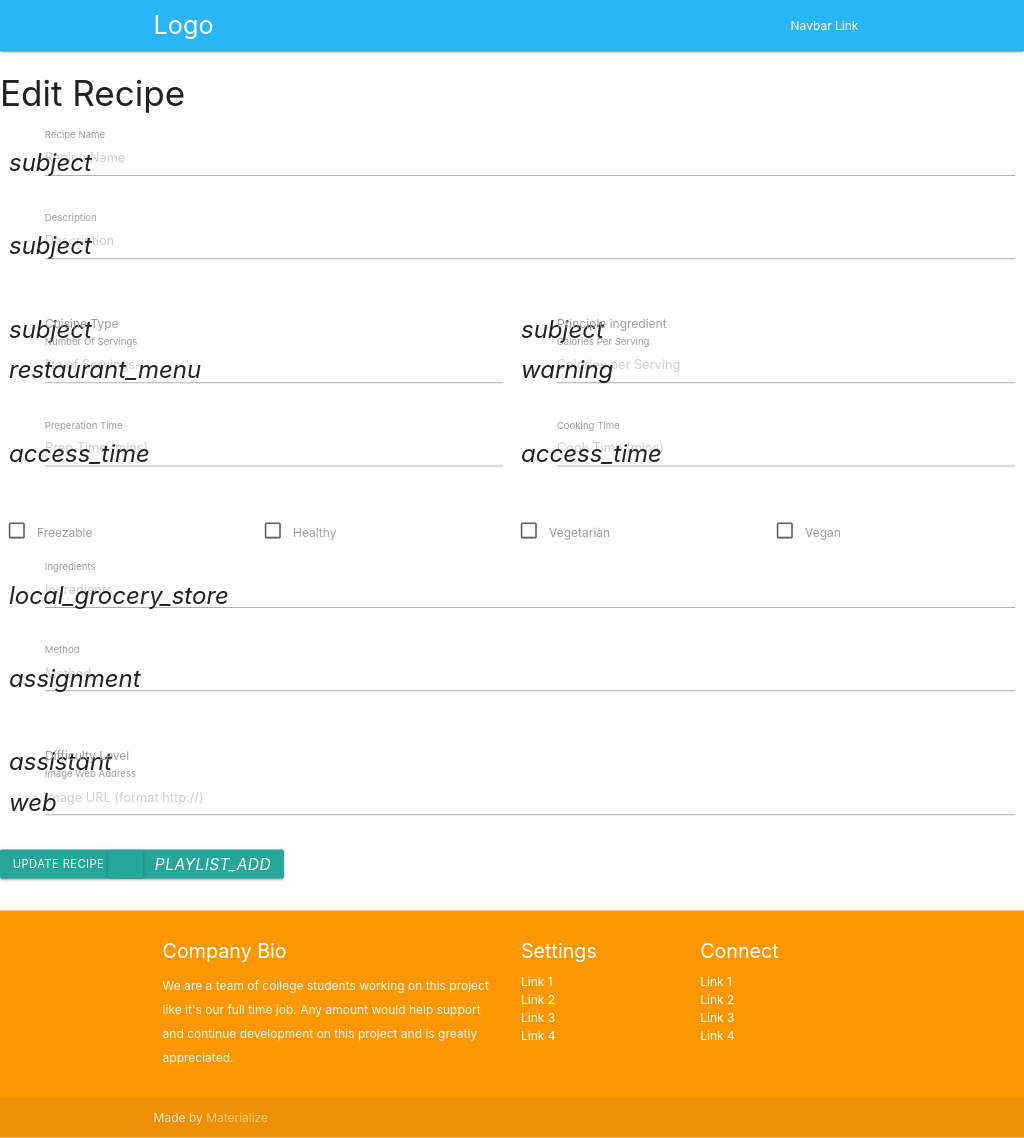
Repository: keefm6776/cookery-website
Page: templates/edit_recipe.html
The author's editor kept a record of every edit. The page is drawn from the files as they stood at one moment, then again after the next edit.
The browser window is 1280 px wide. The pictures show the whole page, at 80% of full size.
The page is served by the project's application, run on Flask 3 (app.py). The template is opened directly, without the code that normally fills it, so the values that code supplies are empty.

Above is the page before.
Console error: ReferenceError: jQuery is not defined

### templates/edit_recipe.html
{% extends 'base.html' %} {% block content %}

<h3>Edit Recipe</h3>

<div class="row">
    <form action="{{ url_for('update_recipe', recipe_id=recipe._id) }}" method="POST" class="col s12">
        <div class="row">
            <div class="input-field col s12">
                <i class="material-icons prefix">subject</i>
                <label>Recipe Name</label>
                <input placeholder="Recipe Name" id="recipe_name" name="recipe_name" type="text" class="validate" value="{{recipe.recipe_name}}">
            </div>
            <!-- input-field -->
        </div>
        <!-- Row -->
        <div class="row">
            <div class="input-field col s12">
                <i class="material-icons prefix">subject</i>
                <label>Description</label>
                <input placeholder="Description" id="blurb" name="blurb" type="text" class="validate" value="{{recipe.blurb}}">
            </div>
            <!-- input-field -->
        </div>
        <!-- Row -->

        <div class="row">
            <div class="input-field col s12 l6">
                <i class="material-icons prefix">subject</i>
                <select id="cuisine" name="cuisine" type="text">
            <option value="" disabled selected>Choose Cuisine</option>
            {% for cuisine in cuisines %}
                {% if cuisine.name == recipe.cuisine_type %}
                    <option value="{{cuisine.name}}" selected >{{cuisine.name}}</option>
                {% else %}
                    <option value="{{cuisine.name}}">{{cuisine.name}}</option>
                {% endif %}
            {% endfor %}

        </select>
                <label>Cuisine Type</label>
            </div>
            <!-- input-field -->

            <div class="input-field col s12 l6">
                <i class="material-icons prefix">subject</i>
                <select id="principle" name="principle_ingredient" type="text`">
            <option value="" disabled selected>Choose Principle Ingredient</option>
            {% for principle in principles %}
                {% if principle.name == recipe.principle_ingredient %}
                    <option value="{{principle.name}}" selected >{{principle.name}}</option>
                {% else %}
                    <option value="{{principle.name}}">{{principle.name}}</option>
                {% endif %}
            {% endfor %}

        </select>
                <label>Principle ingredient</label>
            </div>
            <!-- input-field -->
        </div>
        <!-- Row -->

        <div class="row">
            <div class="input-field col l6 s12">
                <i class="material-icons prefix">restaurant_menu</i>
                <label>Number Of Servings</label>
                <input placeholder="No of Servings" id="servings" name="servings" type="number" class="validate" value="{{recipe.servings}}">
            </div>
            <!-- input-field -->
            <div class="input-field col l6 s12">
                <i class="material-icons prefix">warning</i>
                <label>Calories Per Serving</label>
                <input placeholder="Calories per Serving" id="calories_per_serve" name="calories_per_serve" type="number" class="validate" value="{{recipe.calories_per_serve}}">
            </div>
            <!-- inpuit-field -->
        </div>
        <!-- Row -->

        <div class="row">
            <div class="input-field col l6 s12">
                <i class="material-icons prefix">access_time</i>
                <label>Preperation Time</label>
                <input placeholder="Prep Time (mins)" id="prep_time" name="prep_time" type="number" class="validate" value={{recipe.prep_time}}>
            </div>
            <!-- input-field -->
            <div class="input-field col l6 s12">
                <i class="material-icons prefix">access_time</i>
                <label>Cooking Time</label>
                <input placeholder="Cook Time (mins)" id="cook_time" name="cook_time" type="number" class="validate" value="{{recipe.cook_time}}">
            </div>
            <!-- input-field -->
        </div>
        <!-- Row -->

        <div class="row">
            <div class="input-field col s6 l3">
                <label>
                {% if recipe.isfreezable  == "on" %}
                    <input type="checkbox" id="isfreezable" name="isfreezable" class="filled-in" checked/>
                {% else %}
                    <input type="checkbox" id="isfreezable" name="isfreezable" class="filled-in"/>
                {% endif %}
                <span>Freezable</span>
        </label>
            </div>
            <!-- input-field -->

            <div class="input-field col s6 l3">
                <label>
          {% if recipe.ishealthy  == "on" %}
                    <input type="checkbox" id="ishealthy" name="ishealthy" class="filled-in" checked/>
                {% else %}
                    <input type="checkbox" id="ishealthy" name="ishealthy" class="filled-in"/>
                {% endif %}
          <span>Healthy</span>
        </label>
            </div>
            <!-- input-field -->

            <div class="input-field col s6 l3">
                <label>
          {% if recipe.isvegetarian  == "on" %}
                    <input type="checkbox" id="isvegetarian" name="isvegetarian" class="filled-in" checked/>
                {% else %}
                    <input type="checkbox" id="isvegetarian" name="isvegetarian" class="filled-in"/>
                {% endif %}
          <span>Vegetarian</span>
        </label>
            </div>
            <!-- input-field -->

            <div class="input-field col s6 l3">
                <label>
           {% if recipe.isvegan  == "on" %}
                    <input type="checkbox" id="isvegan" name="isvegan" class="filled-in" checked/>
                {% else %}
                    <input type="checkbox" id="isvegan" name="isvegan" class="filled-in"/>
                {% endif %}
          <span>Vegan</span>
        </label>
            </div>
            <!-- input-field -->
        </div>
        <!-- Row -->

        <br>

        <div class="row">
            <div class="input-field col s12">
                <i class="material-icons prefix">local_grocery_store</i>
                <label>Ingredients</label>
                <input placeholder="Ingredients" id="ingredients" name="ingredients" type="text" value="{{recipe.ingredients}}" />
            </div>
            <!-- input-field -->
        </div>
        <!-- Row -->

        <div class="row">
            <div class="input-field col s12">
                <i class="material-icons prefix">assignment</i>
                <label>Method</label>
                <input placeholder="Method" id="method" name="method" type="text" value="{{recipe.method}}" />
            </div>
            <!-- input-field -->
        </div>
        <!-- Row -->

        <div class="row">
            <div class="input-field col s12">
                <i class="material-icons prefix">assistant</i>
                <select id="difficulty" name="difficulty" type="text">
            <option value="" disabled selected>Choose Difficulty</option>
            {% for difficulty in difficulties %}
               {% if difficulty.level == recipe.difficulty %}
                    <option value="{{difficulty.level}}" selected >{{difficulty.level}}</option>
                {% else %}
                    <option value="{{difficulty.level}}">{{difficulty.level}}</option>
                {% endif %}
            {% endfor %}

        </select>
                <label>Difficulty Level</label>
            </div>
            <!-- input-field -->
        </div>
        <!-- Row -->


        <div class="row">
            <div class="input-field col s12">
                <i class="material-icons prefix">web</i>
                <label>Image Web Address</label>
                <input placeholder="Image URL (format http://)" id="image_url" name="image_url" type="url" class="validate" value="">
            </div>
            <!-- input-field -->
        </div>
        <!-- Row -->

        <div class="row">

            <button class="btn waves-effect waves-light" type="submit" name="btn_update_recipe">Update Recipe <i class="material-icons right">playlist_add</i>

            <input class="btn waves-effect waves-light" type="button" name="btn_cancel_recipe_edit" onclick="window.open('{{url_for('get_recipes')}}'" />


      </button>
        </div>
        <!--Row-->


    </form>
</div>
<!-- Row -->

{% endblock %}

### templates/base.html
<!DOCTYPE html>
<html lang="en">

<head>
  <meta http-equiv="Content-Type" content="text/html; charset=UTF-8" />
  <meta name="viewport" content="width=device-width, initial-scale=1" />
  <title>Cookbook Website</title>

  <!--Load links to CSS files for materialize and my own-->
  <link rel="stylesheet" href="{{url_for('static', filename='css/style.css')}}" type="text/css">
  <link rel="stylesheet" href="{{url_for('static', filename='css/materialize.min.css')}}" type="text/css">
</head>

<body>

<nav class="light-blue lighten-1" role="navigation">
    <div class="nav-wrapper container"><a id="logo-container" href="#" class="brand-logo">Logo</a>
      <ul class="right hide-on-med-and-down">
        <li><a href="#">Navbar Link</a></li>
      </ul>

      <ul id="nav-mobile" class="sidenav">
        <li><a href="#">Navbar Link</a></li>
      </ul>
      <a href="#" data-target="nav-mobile" class="sidenav-trigger"><i class="material-icons">menu</i></a>
    </div>
  </nav>

  {% block content %}

  {% endblock %}

  <footer class="page-footer orange">
    <div class="container">
      <div class="row">
        <div class="col l6 s12">
          <h5 class="white-text">Company Bio</h5>
          <p class="grey-text text-lighten-4">We are a team of college students working on this project like it's our full time job. Any amount would help support and continue development on this project and is greatly appreciated.</p>


        </div>
        <div class="col l3 s12">
          <h5 class="white-text">Settings</h5>
          <ul>
            <li><a class="white-text" href="#!">Link 1</a></li>
            <li><a class="white-text" href="#!">Link 2</a></li>
            <li><a class="white-text" href="#!">Link 3</a></li>
            <li><a class="white-text" href="#!">Link 4</a></li>
          </ul>
        </div>
        <div class="col l3 s12">
          <h5 class="white-text">Connect</h5>
          <ul>
            <li><a class="white-text" href="#!">Link 1</a></li>
            <li><a class="white-text" href="#!">Link 2</a></li>
            <li><a class="white-text" href="#!">Link 3</a></li>
            <li><a class="white-text" href="#!">Link 4</a></li>
          </ul>
        </div>
      </div>
    </div>
    <div class="footer-copyright">
      <div class="container">
      Made by <a class="orange-text text-lighten-3" href="http://materializecss.com">Materialize</a>
      </div>
    </div>
  </footer>



  <!--JavaScript at end of body for optimized loading-->
  <script type="text/javascript" src="{{url_for('static', filename='js/init.js')}}"></script>
  <script type="text/javascript" src="{{url_for('static', filename='js/materialize.min.js')}}"></script>
  <script type="text/javascript" src="{{url_for('static', filename='js/jquery.js')}}"></script>
</body>



<footer>

</footer>

</html>

### app.py
import os
from flask import Flask, render_template, redirect, request, url_for
from flask_pymongo import PyMongo
from bson.objectid import ObjectId

app = Flask(__name__)
app.config["MONGO_DBNAME"] = 'cookbook'
app.config["MONGO_URI"] = 'mongodb+srv://root:31Wirpbj6677@cookery-website-xysxa.mongodb.net/cookbook?retryWrites=true&w=majority'

mongo = PyMongo(app)

@app.route('/')
@app.route('/get_recipes')
def get_recipes():
    return render_template("list_recipes.html", recipes=mongo.db.recipes.find())

@app.route('/add_recipe')
def add_recipe():
    return render_template("add_recipe.html", difficulty=mongo.db.difficulty.find(), cuisines=mongo.db.cuisine_type.find(), principle_ingredients=mongo.db.principle_ingredient.find())

@app.route('/insert_recipe', methods=['POST'])
def insert_recipe():
    recipes = mongo.db.recipes
    recipes.insert_one(request.form.to_dict())
    return redirect(url_for('get_recipes'))

@app.route('/view_recipe/<recipe_id>')
def view_recipe(recipe_id):
    the_recipe =  mongo.db.recipes.find_one({"_id": ObjectId(recipe_id)})
    all_cuisines =  mongo.db.cuisine_type.find()
    return render_template('view_recipe.html', recipe=the_recipe, cuisines=all_cuisines)

@app.route('/edit_recipe/<recipe_id>')
def edit_recipe(recipe_id):
    the_recipe =  mongo.db.recipes.find_one({"_id": ObjectId(recipe_id)})
    all_cuisines =  mongo.db.cuisine_type.find()
    all_principles =  mongo.db.principle_ingredients.find()
    all_difficulties = mongo.db.difficulty_levels.find()
    return render_template('edit_recipe.html', recipe=the_recipe, cuisines=all_cuisines, principles=all_principles, difficulties=all_difficulties)

@app.route('/update_recipe/<recipe_id>', methods=['POST'])
def update_recipe(recipe_id):
    recipes =  mongo.db.recipes
    recipes.update({'_id': ObjectId(recipe_id)},
    {'recipe_name': request.form.get('recipe_name'),
    'cuisine_type': request.form.get('cuisine_type'),
    'servings': request.form.get('servings'),
    'prep_time': request.form.get('prep_time'),
    'cook_time': request.form.get('cook_time'),
    'calories_per_serve': request.form.get('calories_per_serve'),
    'difficulty': request.form.get('difficulty'),
    'blurb': request.form.get('blurb'),
    'isfreezable': request.form.get('isfreezable'),
    'ishealthy': request.form.get('ishealthy'),
    'isvegan': request.form.get('isvegan'),
    'isvegetarian': request.form.get('isvegetarian'),
    'ingredients': request.form.get('ingredients'),
    'method': request.form.get('method'),
    'principle_ingredient': request.form.get('principle_ingredient')
    })
    return redirect(url_for('get_recipes'))

@app.route('/delete_recipe/<recipe_id>')
def delete_recipe(recipe_id):
    mongo.db.recipes.remove({'_id': ObjectId(recipe_id)})
    return redirect(url_for('get_recipes'))

if __name__ == '__main__':
    app.run(host=os.environ.get('IP'),
            port=int(os.environ.get('PORT')),
            debug=True)

### static/css/style.css
/* Custom Stylesheet */
/**
 * Use this file to override Materialize files so you can update
 * the core Materialize files in the future
 *
 * Made By MaterializeCSS.com
 */

nav ul a,
nav .brand-logo {
  color: #444;
}

p {
  line-height: 2rem;
}

.sidenav-trigger {
  color: #26a69a;
}

.parallax-container {
  min-height: 380px;
  line-height: 0;
  height: auto;
  color: rgba(255,255,255,.9);
}
  .parallax-container .section {
    width: 100%;
  }

@media only screen and (max-width : 992px) {
  .parallax-container .section {
    position: absolute;
    top: 40%;
  }
  #index-banner .section {
    top: 10%;
  }
}

@media only screen and (max-width : 600px) {
  #index-banner .section {
    top: 0;
  }
}

.icon-block {
  padding: 0 15px;
}
.icon-block .material-icons {
  font-size: inherit;
}

footer.page-footer {
  margin: 0;
}

### static/js/init.js
(function($){
  $(function(){

    $('.sidenav').sidenav();

  }); // end of document ready
})(jQuery); // end of jQuery name space

Loaded but not shown: static/css/materialize.min.css (library); static/js/materialize.min.js (library); static/js/jquery.js (library)

After the next edit:
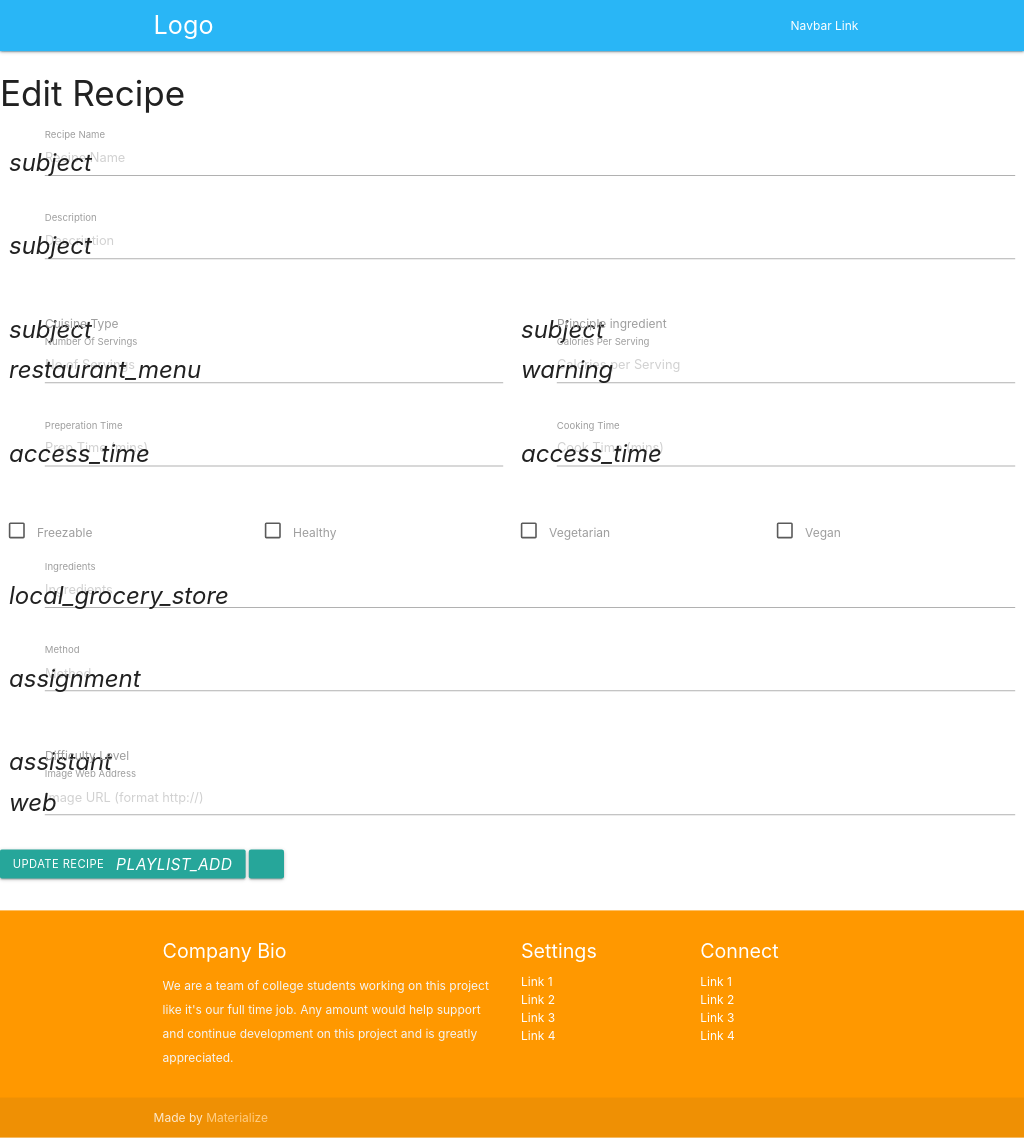
The edit:
--- a/templates/edit_recipe.html
+++ b/templates/edit_recipe.html
@@ -198,7 +198,7 @@
 
         <div class="row">
 
-            <button class="btn waves-effect waves-light" type="submit" name="btn_update_recipe">Update Recipe <i class="material-icons right">playlist_add</i>
+            <button class="btn waves-effect waves-light" type="submit" name="btn_update_recipe">Update Recipe <i class="material-icons right">playlist_add</i> </button>
 
             <input class="btn waves-effect waves-light" type="button" name="btn_cancel_recipe_edit" onclick="window.open('{{url_for('get_recipes')}}'" />
 
